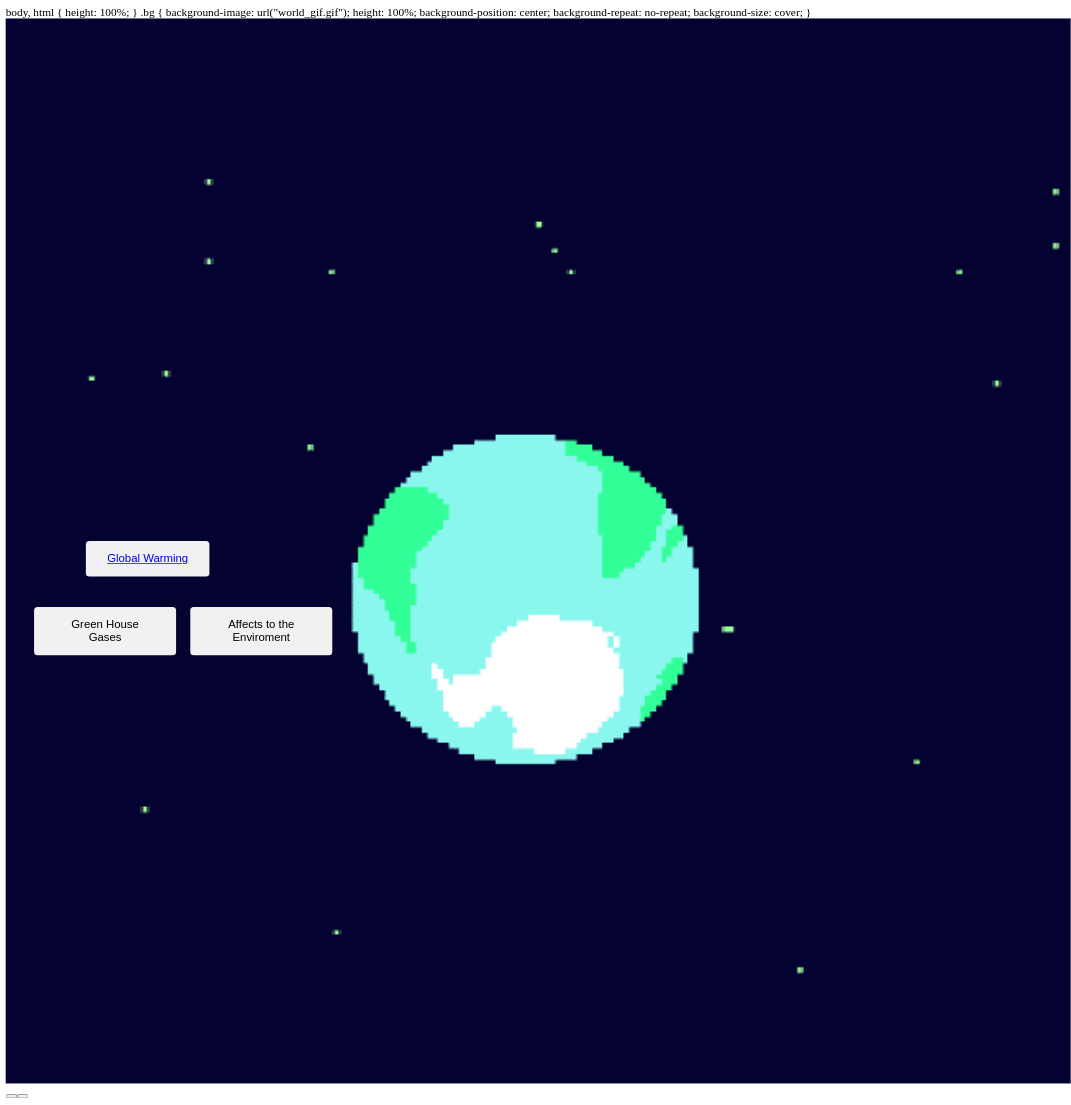
Repository: Alejandra-Pelayo/Alejandra-Pelayo.github.io
Page: 2.1.4/button_example.html
The author's editor kept a record of every edit. The page is drawn from the files as they stood at one moment, then again after the next edit.
The browser window is 1280 px wide. The page is 1508 px wide, so the pictures cover 1508 px, including what lies to the right of the window. The pictures show the whole page, at 71% of full size.

Above is the page before.

After the next edit:
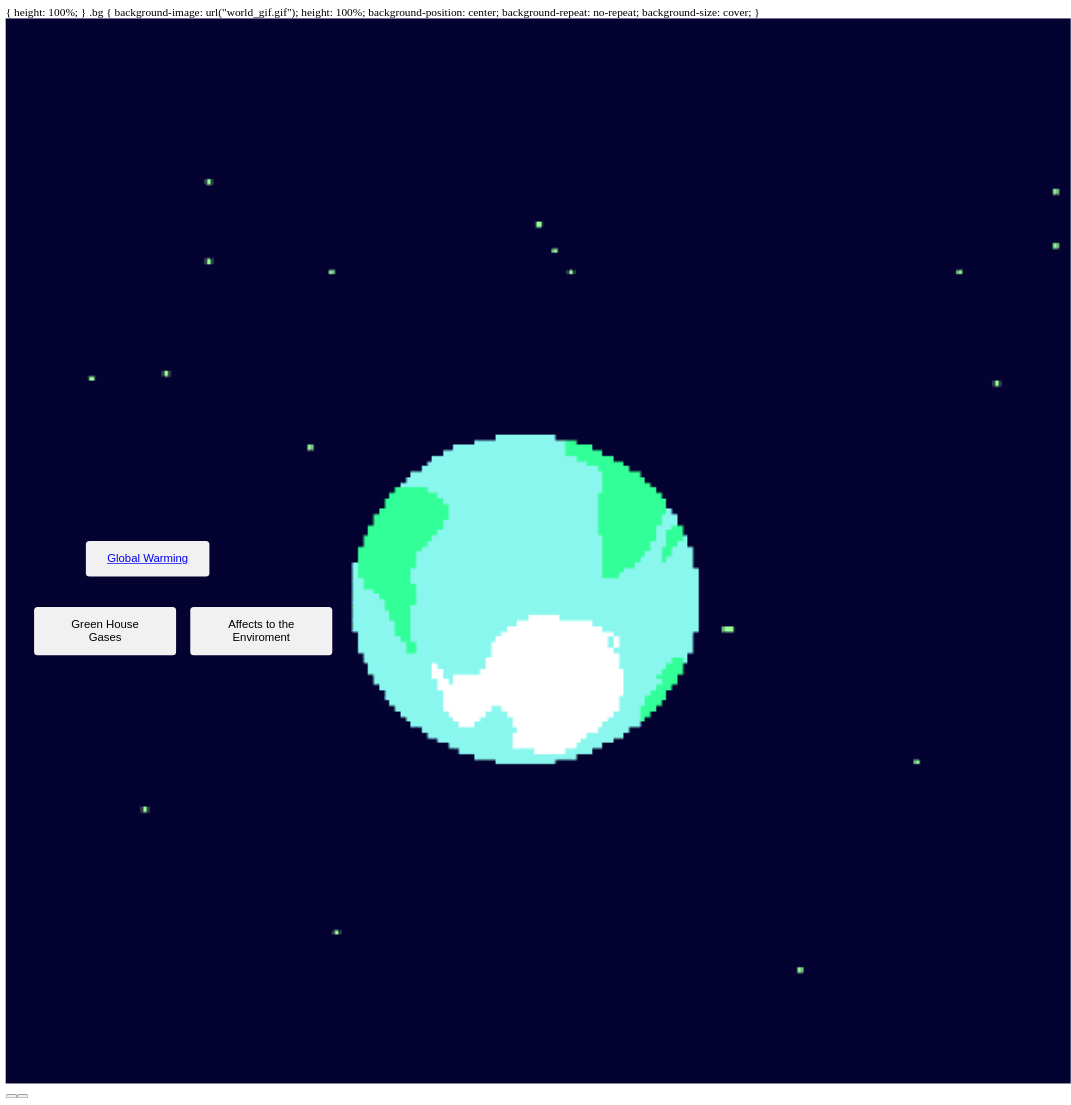
The edit:
--- a/2.1.4/button_example.html
+++ b/2.1.4/button_example.html
@@ -83,7 +83,7 @@
 </style>
 </head>
 <body>
-body, html {
+   {
   height: 100%;
 }
 
